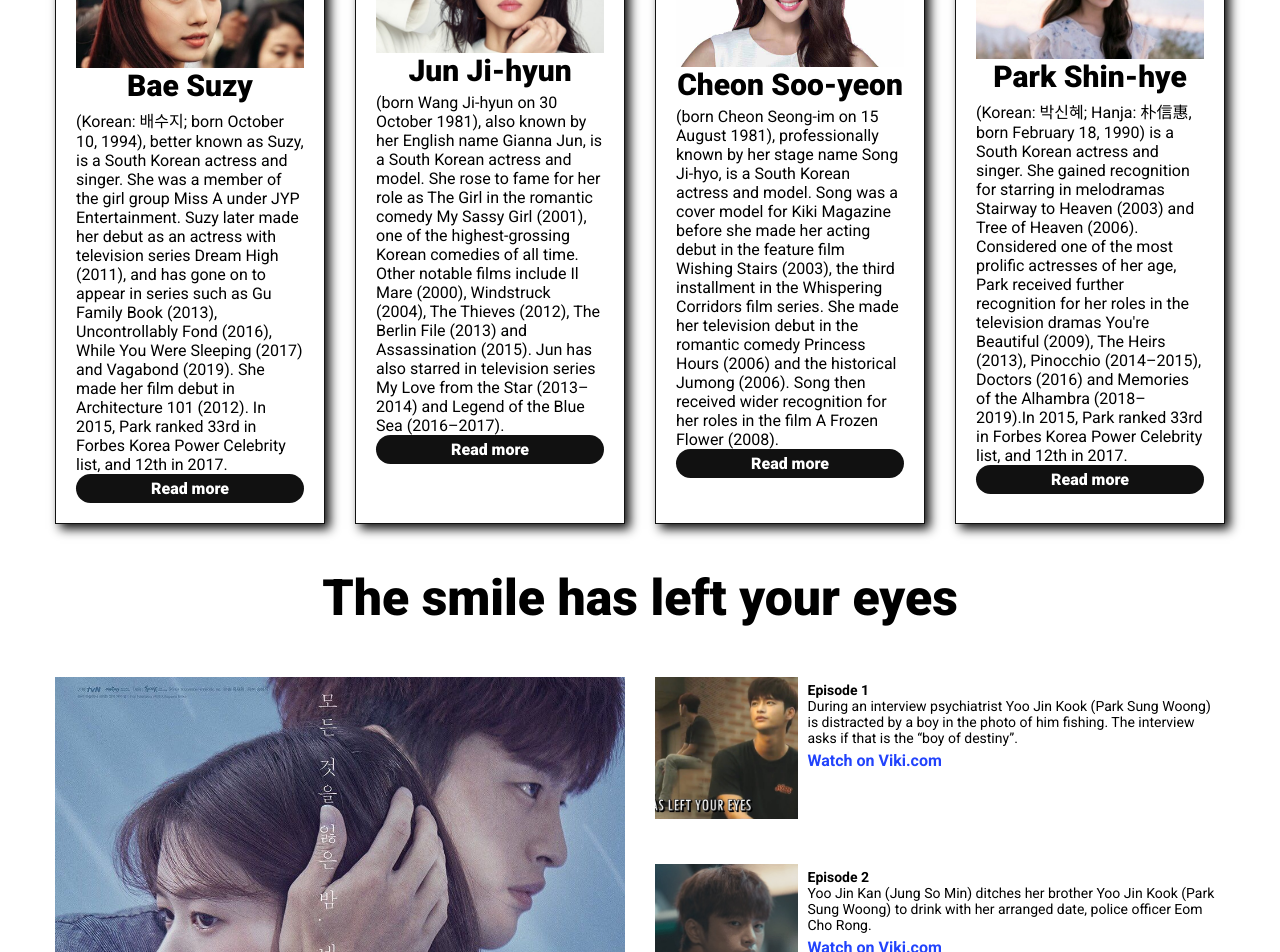
Repository: michalskirobert/K-drama-website
Page: index.html
The author's editor kept a copy of each file at every save. The page is drawn from the files as they stood at one save, then again after the next save.
The browser window is 1280 px wide. The pictures show the part of the page from y = 801 to 1753 px (the page is 2841 px tall).
A picture or video elsewhere on the page could not be fetched, so the positions and the page height are approximate.

Above is the page before, as saved 2020-10-26 15:42:48.

After the next save:
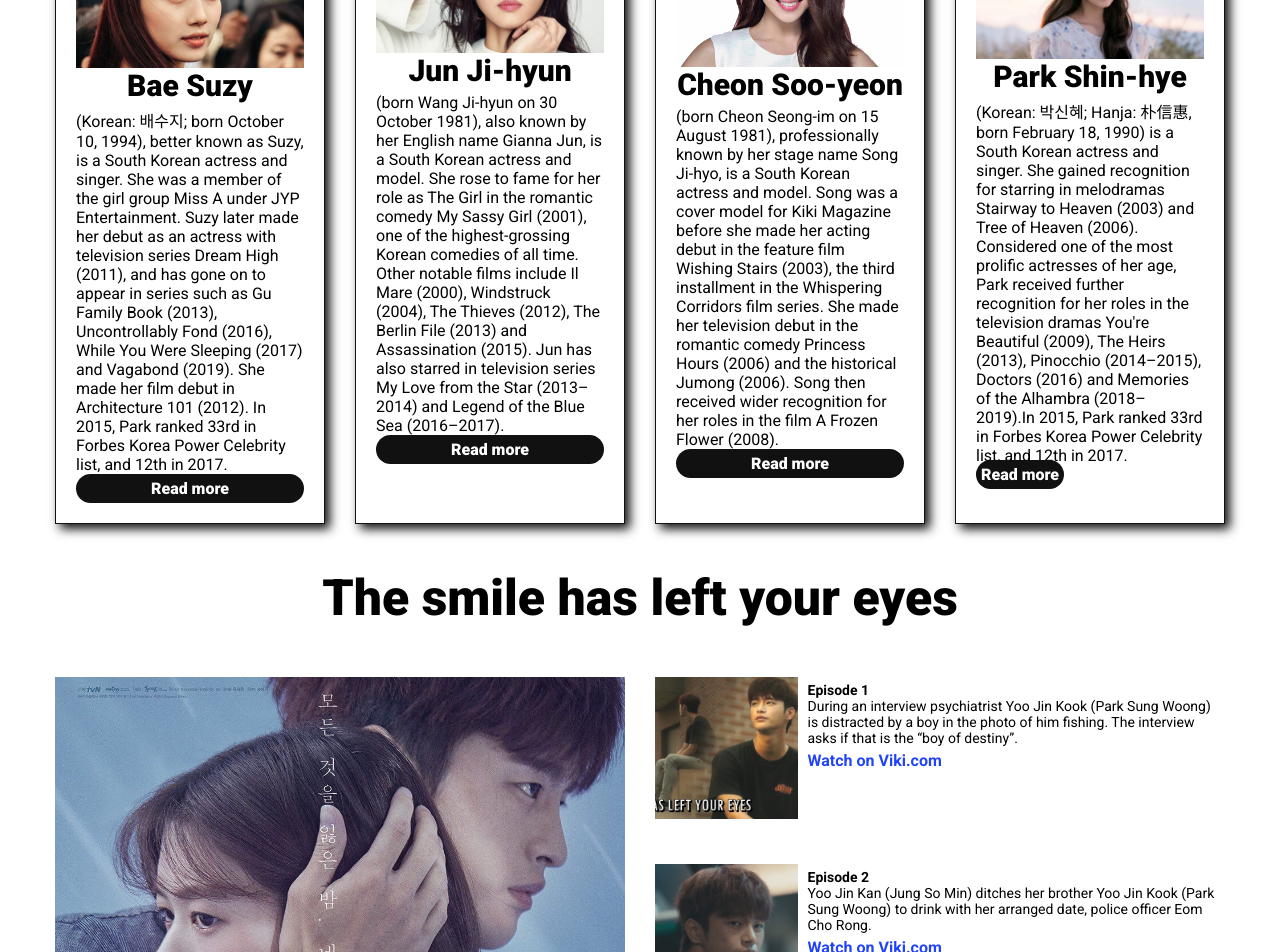
Saved 2 h 7 min later.
--- a/index.html
+++ b/index.html
@@ -100,7 +100,7 @@
               Memories of the Alhambra (2018–2019).In 2015, Park ranked 33rd in Forbes Korea Power Celebrity list, and
               12th in 2017.
             </p>
-            <a href="https://en.wikipedia.org/wiki/Park_Shin-hye" target="_blank"><button type="submit" class="box__button">Read more</button></a>
+            <a type="button" href="https://en.wikipedia.org/wiki/Park_Shin-hye" target="_blank" class="box__button">Read more</a>
           </div>
         </div>
       </div>
